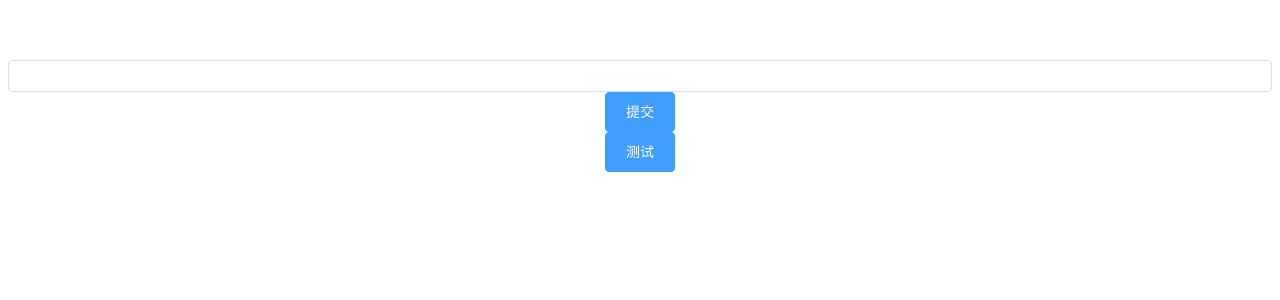
Repository: liuzhilin-lzl/vue-project
Page: /
The author's editor kept a copy of each file at every save. The page is drawn from the files as they stood at one save, then again after a run of saves.
The browser window is 1280 px wide. The pictures show the whole page.
The project was rebuilt for these pictures with package versions that can differ from the ones it lists, and the page was loaded fresh each time.

Above is the page before, as saved 2021-11-20 21:40:37.

### src/main.js
/*
 * @Author: your name
 * @Date: 2021-10-17 12:42:10
 * @LastEditTime: 2021-11-08 17:29:31
 * @LastEditors: Please set LastEditors
 * @Description: In User Settings Edit
 * @FilePath: /vue-project/src/main.js
 */
import Vue from 'vue'
import App from './App.vue'
// import Antd from 'ant-design-vue';
import ElementUI from 'element-ui';
import 'element-ui/lib/theme-chalk/index.css';
// import 'ant-design-vue/dist/antd.css';
import "tailwindcss/tailwind.css"


Vue.config.productionTip = false;

// Vue.use(Antd);
Vue.use(ElementUI);

Vue.config.productionTip = false

new Vue({
	render: h => h(App),
}).$mount('#app')

### src/App.vue
<template>
  <div id="app">
    <Preview/>
  </div>
</template>
<script>
import Preview from '@/view/Preview'


export default {
  name: 'App',
  components: {
    Preview
  }
}
</script>

<style>
#app {
  font-family: Avenir, Helvetica, Arial, sans-serif;
  -webkit-font-smoothing: antialiased;
  -moz-osx-font-smoothing: grayscale;
  text-align: center;
  color: #2c3e50;
  margin-top: 60px;
}
</style>

### src/view/Preview.vue
<!--
 * @Author: your name
 * @Date: 2021-10-28 11:16:55
 * @LastEditTime: 2021-11-20 21:35:22
 * @LastEditors: Please set LastEditors
 * @Description: In User Settings Edit
 * @FilePath: /vue-project/src/view/Preview.vue
-->
<template>
	<div>
		<!-- <h1>通过npm npm i -s area-data</h1> -->
		<!-- <al-cascader v-model="resArr" level="3" data-type="all" size="large" @input="selectArea" />
		<h1>通过 json</h1>
		<Cascader @change="selectArea1" :default-value="defaultArea" />
		<Cascader2 @change="selectArea1" :default-value="defaultArea" />
		<el-button @click="dialogVisible = true">测试</el-button>
		<el-dialog title="提示" :visible.sync="dialogVisible" width="30%">
			<TinymceModal class="component"></TinymceModal>
		</el-dialog> -->
		<!-- <TinymceModal class="component"></TinymceModal> -->
		<!-- <CheckBoxModal v-model="checkValue"></CheckBoxModal> -->
		<inputModal :changeValue.sync='text' ></inputModal>
		<el-button type="primary" @click="onClick">测试</el-button>
	</div>
</template>
<script>
// import AlCascader from '../components/Cascader.vue';
// import Cascader from '@/components/cascader/Cascader.vue';
// import Cascader2 from '@/components/cascader/ant-design-vue';
// import TinymceModal from '@/components/tinymceModal/TinymceModal';
// import CheckBoxModal from '@/components/selectModal/checkBoxModal';
import inputModal from '@/components/selectModal/InputModal';

export default {
	name: 'App',
	components: {
		// AlCascader,
		// Cascader,
		// Cascader2,
		// TinymceModal,
		// CheckBoxModal,
		inputModal
	},
	data() {
		return {
			resArr: [],
			defaultArea: '',
			dialogVisible: false,
			checkValue: '',
			text: ''
		};
	},
	methods: {
		selectArea() {
			console.log(this.resArr);
		},
		selectArea1(selectedArea) {
			console.log(selectedArea);
		},
		onClick() {
			console.log(this.text);
		}
	},
};
</script>

<style>
#app {
	text-align: center;
	font-size: 16px;
}
</style>

### src/components/selectModal/InputModal.vue
<!--
 * @Author: your name
 * @Date: 2021-11-20 20:09:35
 * @LastEditTime: 2021-11-20 21:39:52
 * @LastEditors: Please set LastEditors
 * @Description: 打开koroFileHeader查看配置 进行设置: https://github.com/OBKoro1/koro1FileHeader/wiki/%E9%85%8D%E7%BD%AE
 * @FilePath: /vue-project/src/components/selectModal/InputModal.vue
-->

<template>
  <div>
    <el-input size="small" v-model="value" ></el-input>
    <el-button type="primary" @click=updateVal>提交</el-button>
  </div>
</template>
<script>
export default {
  // model: {
  //   prop: 'defaultValue',
  //   event: 'changeValue'
  // },
  props: {
    defaultValue: {
      type: String,
      default: ''
    }
  },
  data() {
    return {
      value: ''
    };
  },
  methods: {
    updateVal(){
      this.$emit('update:changeValue',this.value)
    }
  }
};
</script>

Loaded but not shown: public/index.html (common file)

After the next 2 saves:
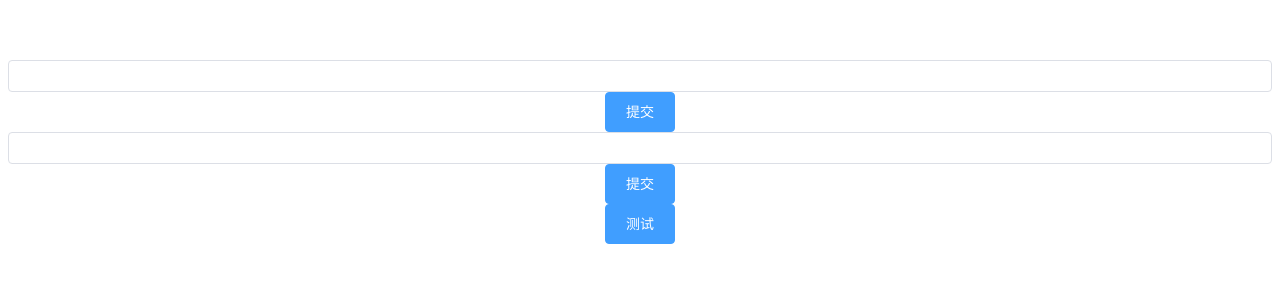
The 2 saves are shown as one change because they came seconds apart.
The last was saved 79 s later.
--- a/src/view/Preview.vue
+++ b/src/view/Preview.vue
@@ -1,7 +1,7 @@
 <!--
  * @Author: your name
  * @Date: 2021-10-28 11:16:55
- * @LastEditTime: 2021-11-20 21:35:22
+ * @LastEditTime: 2021-11-20 21:41:53
  * @LastEditors: Please set LastEditors
  * @Description: In User Settings Edit
  * @FilePath: /vue-project/src/view/Preview.vue
@@ -19,6 +19,8 @@
 		</el-dialog> -->
 		<!-- <TinymceModal class="component"></TinymceModal> -->
 		<!-- <CheckBoxModal v-model="checkValue"></CheckBoxModal> -->
+
+		<inputModal :changeValue.sync='text' ></inputModal>
 		<inputModal :changeValue.sync='text' ></inputModal>
 		<el-button type="primary" @click="onClick">测试</el-button>
 	</div>
